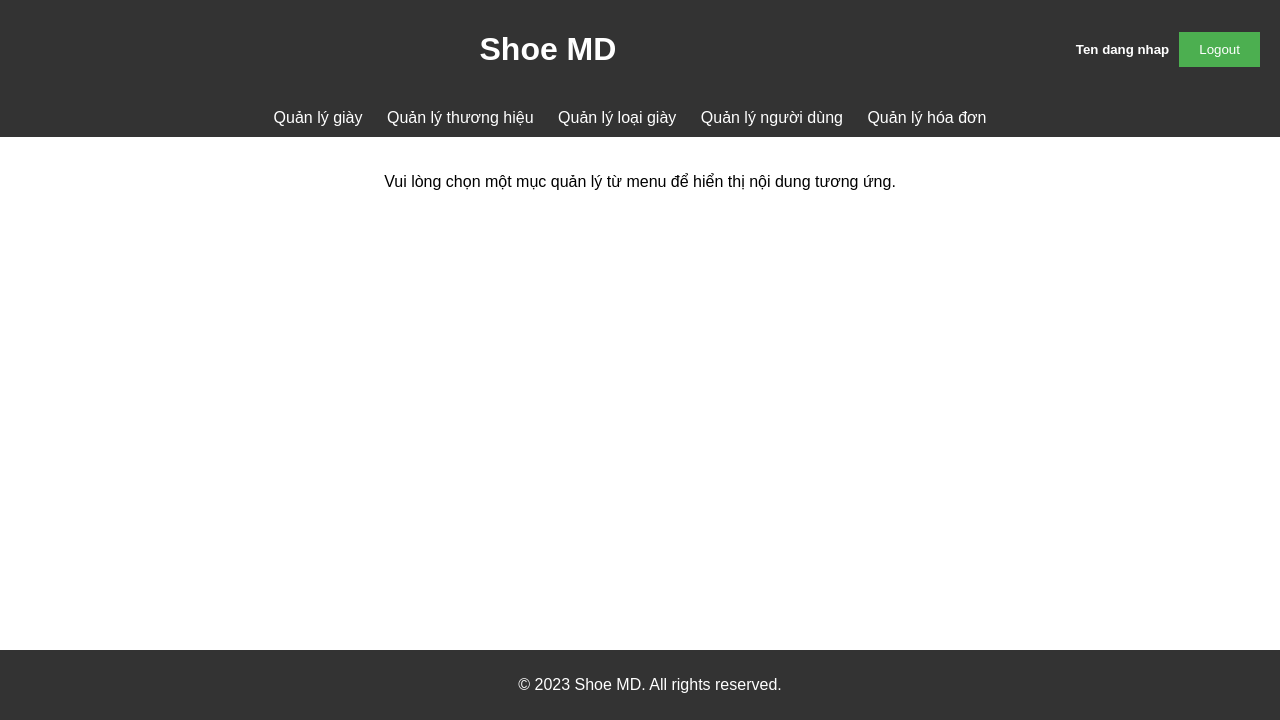
Repository: longsoisuaxe1a/shoe-md
Page: http://localhost/Project_Shoe/WEB-INF/view/admin-home-manager.jsp
The author's editor kept a copy of each file at every save. The page is drawn from the files as they stood at one save, then again after the next save.
The browser window is 1280 px wide. The pictures show the whole page.
The page is served by Tomcat 9. Nobody is signed in. The template is opened directly, without the code that normally fills it, so the values that code supplies are empty.

Above is the page before, as saved 2023-12-21 03:58:17.

After the next save:
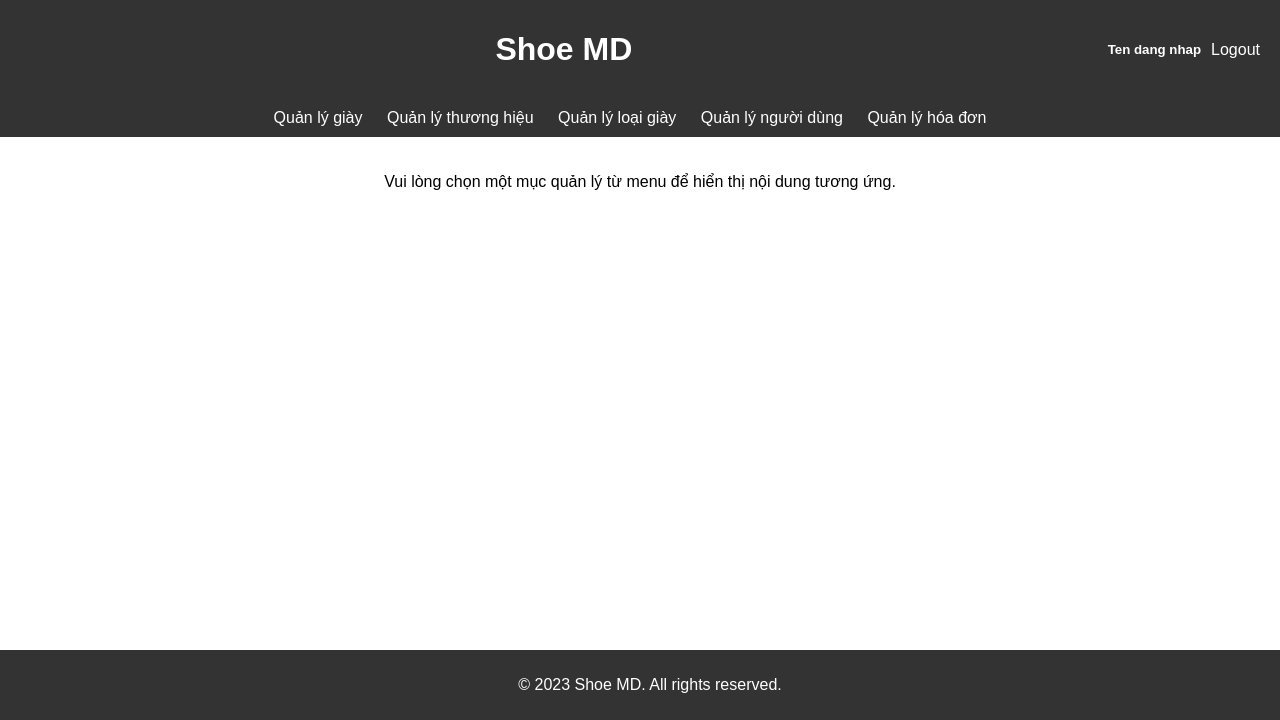
Saved 113 s later.
--- a/Project_Shoe/src/main/webapp/WEB-INF/view/admin-home-manager.jsp
+++ b/Project_Shoe/src/main/webapp/WEB-INF/view/admin-home-manager.jsp
@@ -105,7 +105,7 @@ button:hover {
 		<h1>Shoe MD</h1>
 		<div class="tenDangNhap">
             <h5>Ten dang nhap</h5>
-            <button onclick="windown.location.href='logout';return false">Logout</button>
+            <a>Logout</a>
         </div>
 	</div>
 
